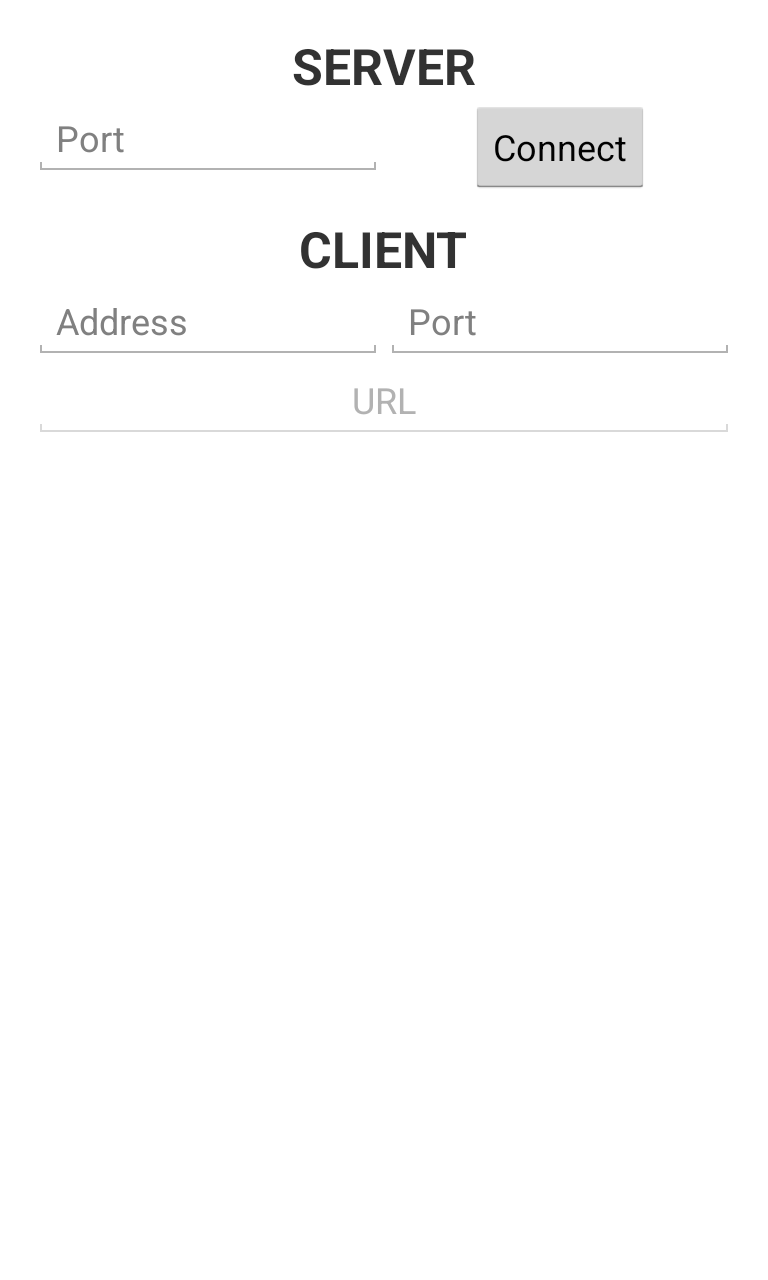
Repository: bianka22/PracticalTest02Var4
Layout: PracticalTest02Var4/res/layout/activity_practical_test02_var04_main.xml
An editor plug-in stored every save of this project. The layout is shown before and after the next save, followed by the edit.
It is drawn on a 768 x 1280 px phone screen (xhdpi) without system bars, with theme AppTheme; the app's code is not run.

Above is the layout before, as saved 2015-05-19 16:42:13.

### PracticalTest02Var4/res/layout/activity_practical_test02_var04_main.xml
<LinearLayout xmlns:android="http://schemas.android.com/apk/res/android"
    xmlns:tools="http://schemas.android.com/tools"
    android:layout_width="match_parent"
    android:layout_height="match_parent"
    android:paddingBottom="@dimen/activity_vertical_margin"
    android:paddingLeft="@dimen/activity_horizontal_margin"
    android:paddingRight="@dimen/activity_horizontal_margin"
    android:paddingTop="@dimen/activity_vertical_margin"
    android:orientation="vertical"
    tools:context="ro.pub.cs.systems.pdsd.practicaltest02.graphicuserinterface.PracticalTest02MainActivity" >

    <TextView
        android:layout_width="wrap_content"
        android:layout_height="wrap_content"
        android:layout_gravity="center"
        android:textSize="25sp"
        android:textStyle="bold"
        android:text="@string/server" />

    <LinearLayout
        android:layout_width="match_parent"
        android:layout_height="wrap_content"
        android:baselineAligned="false">

        <ScrollView
            android:layout_width="0dp"
            android:layout_height="wrap_content"
            android:layout_weight="1">

	        <EditText
	            android:id="@+id/server_port_edit_text"
	            android:layout_width="match_parent"
	            android:layout_height="wrap_content"
	            android:hint="@string/server_port" />

        </ScrollView>

        <ScrollView
            android:layout_width="0dp"
            android:layout_height="wrap_content"
            android:layout_weight="1">

	        <Button
	            android:id="@+id/connect_button"
	            android:layout_width="wrap_content"
	            android:layout_height="wrap_content"
	            android:layout_gravity="center"
	            android:text="@string/connect" />

        </ScrollView>

    </LinearLayout>

    <Space
        android:layout_width="wrap_content"
        android:layout_height="10dp" />

    <TextView
        android:layout_width="wrap_content"
        android:layout_height="wrap_content"
        android:layout_gravity="center"
        android:textSize="25sp"
        android:textStyle="bold"
        android:text="@string/client" />

    <LinearLayout
        android:layout_width="match_parent"
        android:layout_height="wrap_content"
        android:baselineAligned="false">

        <ScrollView
            android:layout_width="0dp"
            android:layout_height="wrap_content"
            android:layout_weight="1">

            <EditText
                android:id="@+id/client_address_edit_text"
                android:layout_width="match_parent"
                android:layout_height="wrap_content"
                android:hint="@string/client_address" />

        </ScrollView>

        <ScrollView
            android:layout_width="0dp"
            android:layout_height="wrap_content"
            android:layout_weight="1">

            <EditText
                android:id="@+id/client_port_edit_text"
                android:layout_width="match_parent"
                android:layout_height="wrap_content"
                android:hint="@string/client_port" />

        </ScrollView>

    </LinearLayout>



       <EditText
        android:id="@+id/edit_text_url"
        android:layout_width="match_parent"
        android:layout_height="wrap_content"
        android:enabled="false"
        android:gravity="center"
        android:text="@string/url" />





    <ScrollView
        android:layout_width="match_parent"
        android:layout_height="match_parent">

	    <TextView
	        android:id="@+id/weather_forecast_text_view"
	        android:layout_width="match_parent"
	        android:layout_height="wrap_content"
	        android:singleLine="false"
	        android:maxLines="10" />

    </ScrollView>

</LinearLayout>

### PracticalTest02Var4/res/values/strings.xml
<?xml version="1.0" encoding="utf-8"?>
<resources>

    <string name="app_name">PracticalTest02</string>
    <string name="server">SERVER</string>
    <string name="server_port">Port</string>
    <string name="connect">Connect</string>
    <string name="client">CLIENT</string>
    <string name="client_address">Address</string>
    <string name="client_port">Port</string>
    <string name="url">URL</string>
    <string name="information_type">Information Type</string>
    <string name="get_weather_forecast">Get Weather Forecast</string>
    <string name="action_settings">Settings</string>



</resources>

Loaded but not shown: PracticalTest02Var4/res/values/styles.xml (common file); PracticalTest02Var4/res/values-v11/styles.xml (common file); PracticalTest02Var4/res/values-v14/styles.xml (common file); PracticalTest02Var4/res/values/dimens.xml (common file); PracticalTest02Var4/res/values-w820dp/dimens.xml (common file)

After the next save:
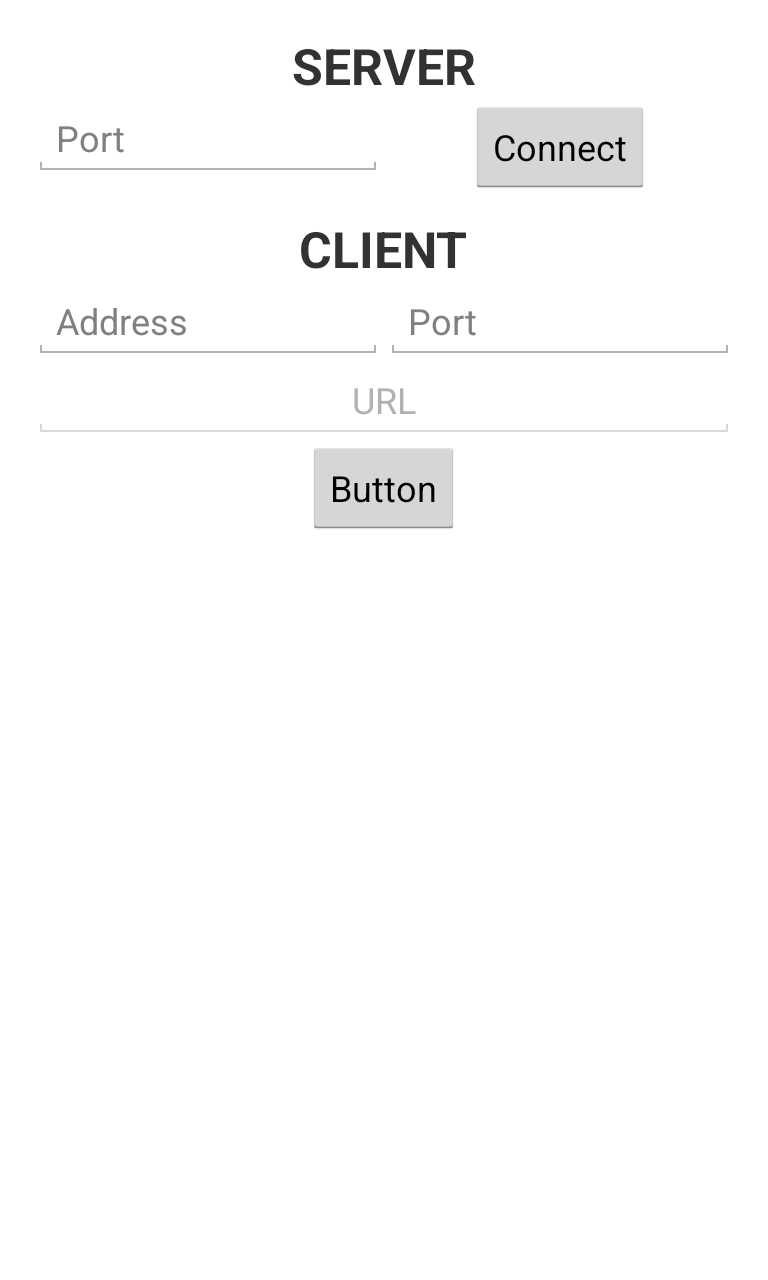
Saved 2 min 56 s later.
--- a/PracticalTest02Var4/res/layout/activity_practical_test02_var04_main.xml
+++ b/PracticalTest02Var4/res/layout/activity_practical_test02_var04_main.xml
@@ -106,21 +106,11 @@
         android:gravity="center"
         android:text="@string/url" />
 
-
-
-
-
-    <ScrollView
-        android:layout_width="match_parent"
-        android:layout_height="match_parent">
-
-	    <TextView
-	        android:id="@+id/weather_forecast_text_view"
-	        android:layout_width="match_parent"
-	        android:layout_height="wrap_content"
-	        android:singleLine="false"
-	        android:maxLines="10" />
-
-    </ScrollView>
+       <Button
+           android:id="@+id/button1"
+           android:layout_width="wrap_content"
+           android:layout_height="wrap_content"
+           android:text="Button"
+           android:layout_gravity="center" />
 
 </LinearLayout>
